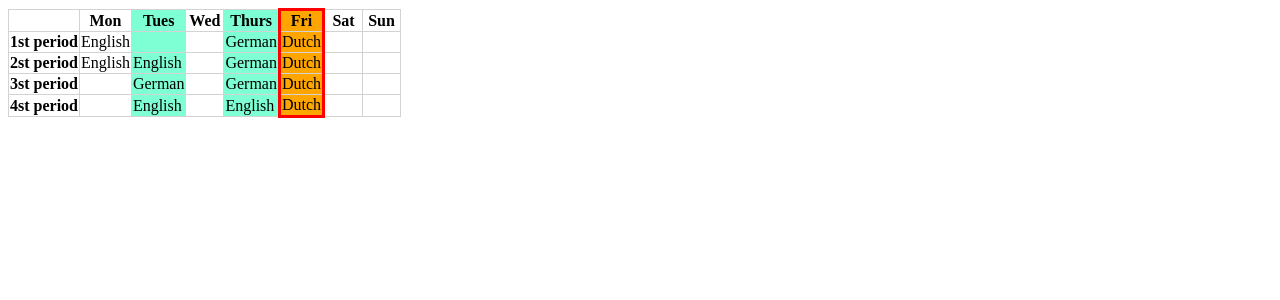
Repository: lidwan/dotfiles
Page: tmp/smthn.html
An editor plug-in stored every save of this project. The page is shown before and after the next save, followed by the edit.
The browser window is 1280 px wide. The pictures show the whole page.

Above is the page before, as saved 2024-08-18 11:28:41.

### tmp/smthn.html
<!DOCTYPE html>
<html lang="en">
<head>
    <meta charset="UTF-8">
    <meta name="viewport" content="width=device-width, initial-scale=1.0">
    <title>School timetable</title>
    <link rel="stylesheet" href="styles.css">
</head>
<body>
    <table>
        <colgroup>
            <col>
            <col>
            <col style="background-color: aquamarine;">
            <col>
            <col style="background-color: aquamarine;">
            <col style="background-color: orange; border: 3px solid red;">
            <col>
            <col>
        </colgroup>
        <tr>
            <th> </th>
            <th>Mon</th>
            <th>Tues</th>
            <th>Wed</th>
            <th>Thurs</th>
            <th>Fri</th>
            <th>Sat</th>
            <th>Sun</th>
        </tr>
        <tr>
            <th>1st period</th>
            <td>English</td>
            <td></td>
            <td></td>
            <td>German</td>
            <td>Dutch</td>
            <td></td>
            <td></td>
        </tr>
        <tr>
            <th>2st period</th>
            <td>English</td>
            <td>English</td>
            <td></td>
            <td>German</td>
            <td>Dutch</td>
            <td></td>
            <td></td>
        </tr>
        <tr>
            <th>3st period</th>
            <td></td>
            <td>German</td>
            <td></td>
            <td>German</td>
            <td>Dutch</td>
            <td></td>
            <td></td>
        </tr>
        <tr>
            <th>4st period</th>
            <td></td>
            <td>English</td>
            <td></td>
            <td>English</td>
            <td>Dutch</td>
            <td></td>
            <td></td>
        </tr>
    </table>
</body>
</html>

### tmp/styles.css
table,
th,
td {
    border: 1px solid lightgray;
    min-width: 35px;
}
table {
    border-collapse: collapse;
}

After the next save:
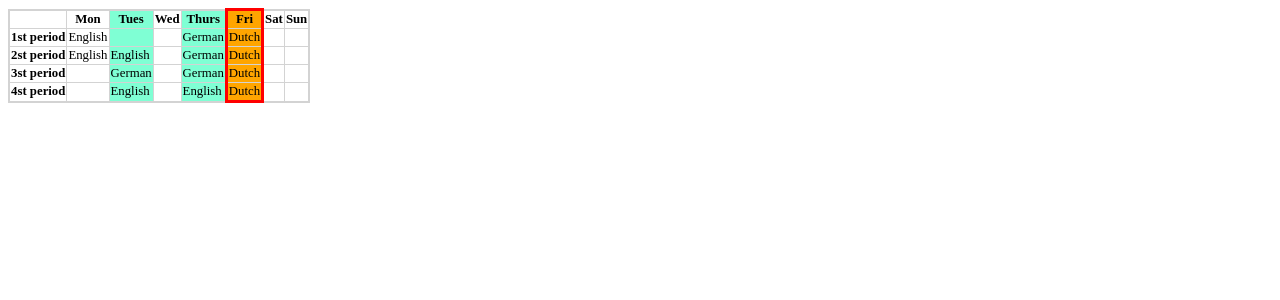
Saved 89 s later.
--- a/tmp/styles.css
+++ b/tmp/styles.css
@@ -1,9 +1,9 @@
-table,
 th,
 td {
     border: 1px solid lightgray;
-    min-width: 35px;
 }
 table {
     border-collapse: collapse;
+    border: 2px solid lightgray;
+    font-size: 0.8rem;
 }
